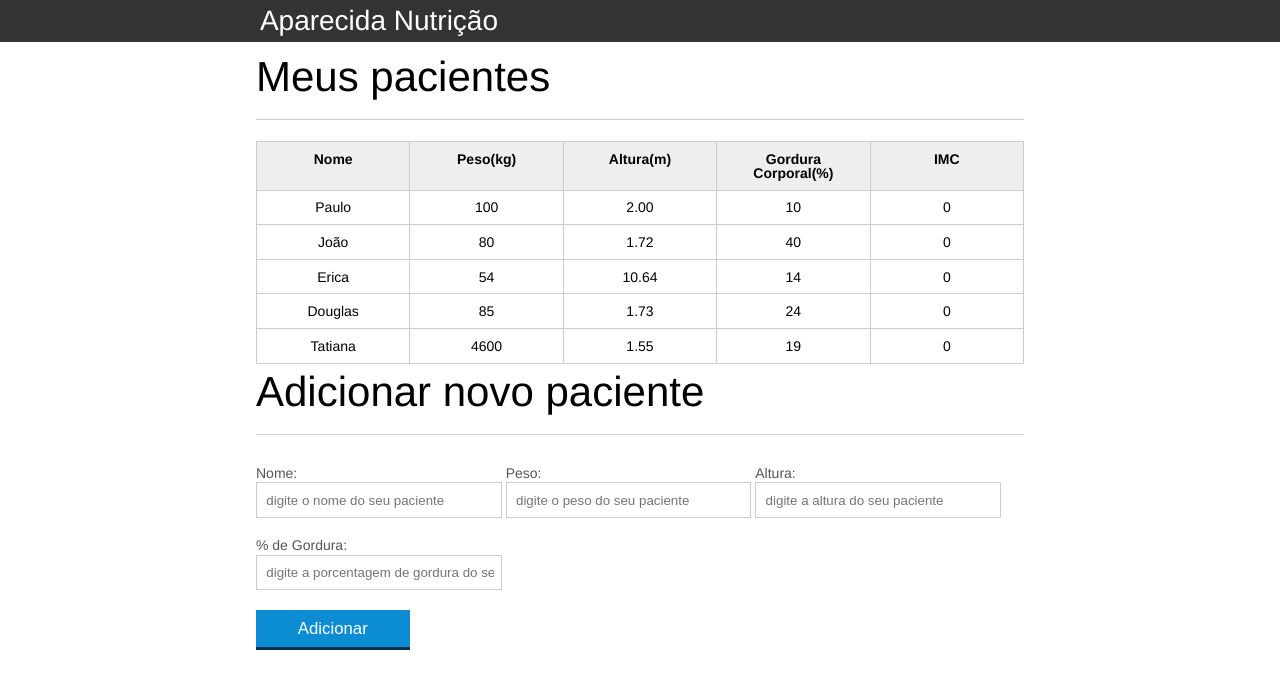
Repository: prof-fernando-alves/introducao-javascript
Page: index.html
An editor plug-in stored every save of this project. The page is shown before and after a run of saves, followed by the edit.
The browser window is 1280 px wide. The pictures show the whole page.

Above is the page before, as saved 2021-09-14 15:00:50.
Console error: SyntaxError: Invalid or unexpected token

### index.html
<!DOCTYPE html>
<html lang="pt-br">
	<head>
		<meta charset="UTF-8">
		<title>Aparecida Nutrição</title>
		<link rel="icon" href="favicon.ico" type="image/x-icon">
		<link rel="stylesheet" type="text/css" href="css/reset.css">
		<link rel="stylesheet" type="text/css" href="css/index.css">

	</head>
	<body>

		<header>
			<div class="container">
				<h2 class="titulo">Aparecida Nutrição</h2>
			</div>
		</header>
		<main>
			<section class="container">
				<h2>Meus pacientes</h2>
				<table>
					<thead>
						<tr>
							<th>Nome</th>
							<th>Peso(kg)</th>
							<th>Altura(m)</th>
							<th>Gordura Corporal(%)</th>
							<th>IMC</th>
						</tr>
					</thead>
					<tbody id="tabela-pacientes">
						<tr class="paciente" id="primeiro-paciente">
							<td class="info-nome">Paulo</td>
							<td class="info-peso">100</td>
							<td class="info-altura">2.00</td>
							<td class="info-gordura">10</td>
							<td class="info-imc">0</td>
						</tr>

						<tr class="paciente" >
							<td class="info-nome">João</td>
							<td class="info-peso">80</td>
							<td class="info-altura">1.72</td>
							<td class="info-gordura">40</td>
							<td class="info-imc">0</td>
						</tr>

						<tr class="paciente" >
							<td class="info-nome">Erica</td>
							<td class="info-peso">54</td>
							<td class="info-altura">10.64</td>
							<td class="info-gordura">14</td>
							<td class="info-imc">0</td>
						</tr>

						<tr class="paciente">
							<td class="info-nome">Douglas</td>
							<td class="info-peso">85</td>
							<td class="info-altura">1.73</td>
							<td class="info-gordura">24</td>
							<td class="info-imc">0</td>
						</tr>
						<tr class="paciente" >
							<td class="info-nome">Tatiana</td>
							<td class="info-peso">4600</td>
							<td class="info-altura">1.55</td>
							<td class="info-gordura">19</td>
							<td class="info-imc">0</td>
						</tr>
					</tbody>
				</table>

			</section>
		</main>
		<!-- ... -->
		<section class="container">
			<h2 id="titulo-form">Adicionar novo paciente</h2>
			<form>
				<div class="grupo">
					<label for="nome">Nome:</label>
					<input id="nome" name="nome" type="text" placeholder="digite o nome do seu paciente" class="campo">
				</div>
				<div class="grupo">
					<label for="peso">Peso:</label>
					<input id="peso" name="peso" type="text" placeholder="digite o peso do seu paciente" class="campo campo-medio">
				</div>
				<div class="grupo">
					<label for="altura">Altura:</label>
					<input id="altura" name="altura" type="text" placeholder="digite a altura do seu paciente" class="campo campo-medio">
				</div>
				<div class="grupo">
					<label for="gordura">% de Gordura:</label>
					<input id="gordura" type="text" placeholder="digite a porcentagem de gordura do seu paciente" class="campo campo-medio">
				</div>

				<button id="adicionar-paciente" class="botao bto-principal">Adicionar</button>
			</form>
		</section>

		<script src="js/principal.js" ></script>

	</body>
</html>

### css/index.css
*{
	box-sizing: border-box;
 }

body{
	font-family: "Helvetica Neue", "Helvetica", Helvetica, Arial, sans-serif;
	font-size: 14px;
}

header{
	background-color: #333;
	height: 3em;
	color: #FFF;
	margin-bottom: 1em;
}

header h1{
	font-size: 2em;
	display:inline-block;
	vertical-align:	middle;
}
header h2{
	font-size: 2em;
	display:inline-block;
	vertical-align:	middle;
}

header .container:before{
	content: '';
	display:inline-block;
	height: 100%;
	vertical-align:	middle;
}

.container{
	width: 60%;
	height: 100%;
	margin: 0 auto;
}

section{
	margin: 2em 0;
	overflow: hidden;
}

section h2{
	font-size: 3em;
	display: block;
	padding-bottom: .5em;
	border-bottom: 1px solid #ccc;
	margin-bottom: .5em;
}

table{
	width: 100%;
	margin-bottom : .5em;
    table-layout: fixed;

}

td, th {
	padding: .7em;
	margin: 0;
	border: 1px solid #ccc;
	text-align: center;
}

th{
	font-weight: bold;
	background-color: #EEE;
}

label{
	color: #555;
	display: block;
	margin-bottom: .2em;
}

.campo{
	margin: 0;
	padding-bottom: 1em;
	width: 100%;
	border: 1px solid #ccc;
	padding: .7em;
	width: 100%;
}

.campo-medio{
	display: inline-block;
	padding-right: .5em;
}

.grupo{
	width: 32%;
	display: inline-block;
	padding: 10px 0px;
}

button{
	padding: .5em 2em;
	border: 0;
	border-bottom: 3px solid;
	font-size: 1.2em;
	cursor: pointer;
	margin: 0;
	margin-top: -3px;
	color: #fff;
	background-color:#0c8cd3;
	border-color: #04324c;
	width: 20%;
    display: block;
    clear: both;
    margin: 10px 0px;

}

button:active{
	margin-top:0px;
	border: 0;
}

button[disabled=disabled], button:disabled {
    background-color: gray;
	border-color: darkgray;

}

.adicionar-paciente{
    margin-top: 30px;
}

.campo-invalido{
	border: 1px solid red;
}

.paciente-invalido{
	background-color : lightcoral;
}

### js/principal.js
var titulo = document.querySelector(".titulo");
titulo.textContent = "Aparecida Nutricionista";

titulo.addEventListener("click", function(){
    console.log("Olá fui clicado por uma função anomnima);
})


var pacientes = document.querySelectorAll(".paciente");

for (var i=0; i < pacientes.length; i++){
        var paciente = pacientes[i]

        var tdPeso = paciente.querySelector(".info-peso");
        var peso = tdPeso.textContent;

        var tdAltura = paciente.querySelector(".info-altura");
        var altura = tdAltura.textContent;

        var tdImc = paciente.querySelector(".info-imc");

        var pesoEhValido = true;
        var alturaEhValida = true;

        if (peso <= 0 || peso >= 1000) {
            console.log("Peso inválido!");
            pesoEhValido = false;
            tdImc.textContent = "Peso inválido";
            paciente.classList.add("paciente-invalido")
        }

        if (altura <= 0 || altura >= 3.00) {
            console.log("Altura inválida!");
            alturaEhValida = false;
            tdImc.textContent = "Altura inválida";
            paciente.classList.add("paciente-invalido")

        }

        if (pesoEhValido && alturaEhValida) {
            var imc = peso / (altura * altura);
            tdImc.textContent = imc.toFixed(2);
        }
}

Loaded but not shown: css/reset.css (common file)

After the next 2 saves:
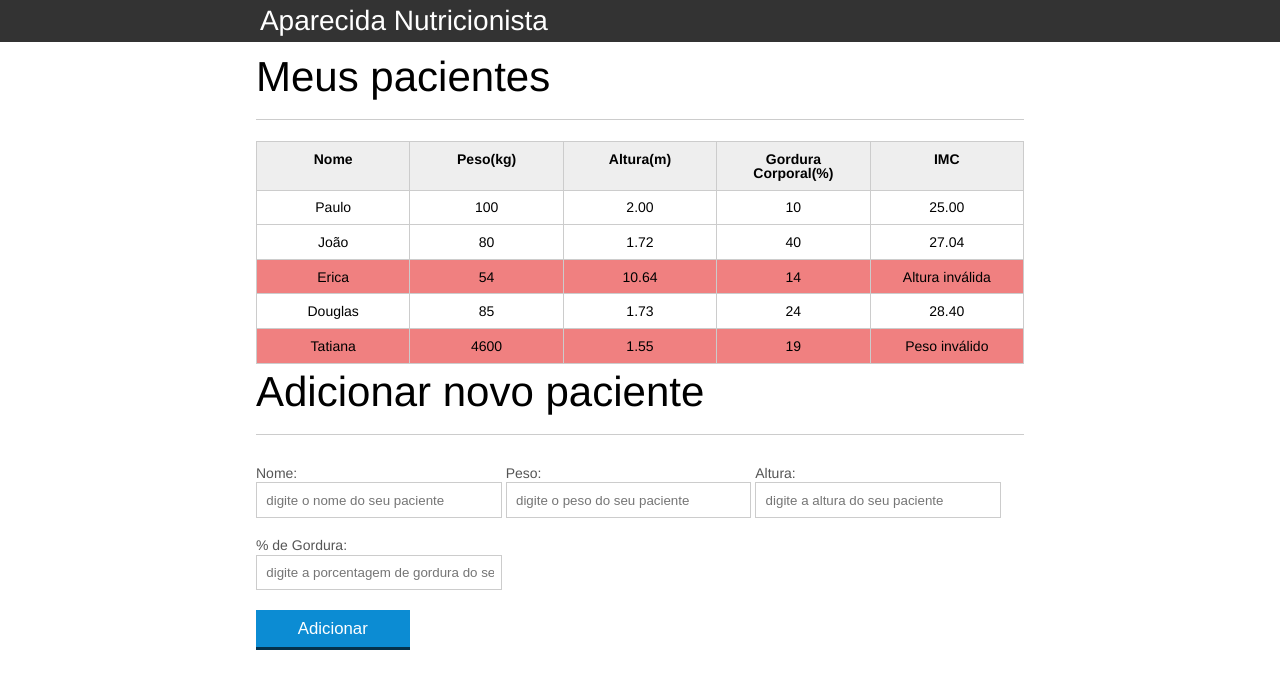
The error is gone.
The 2 saves are shown as one change because they came seconds apart.
The last was saved 14 s later.
--- a/js/principal.js
+++ b/js/principal.js
@@ -2,7 +2,7 @@ var titulo = document.querySelector(".titulo");
 titulo.textContent = "Aparecida Nutricionista";
 
 titulo.addEventListener("click", function(){
-    console.log("Olá fui clicado por uma função anomnima);
+    console.log("Olá fui clicado por uma função anomnima")
 })
 
 
